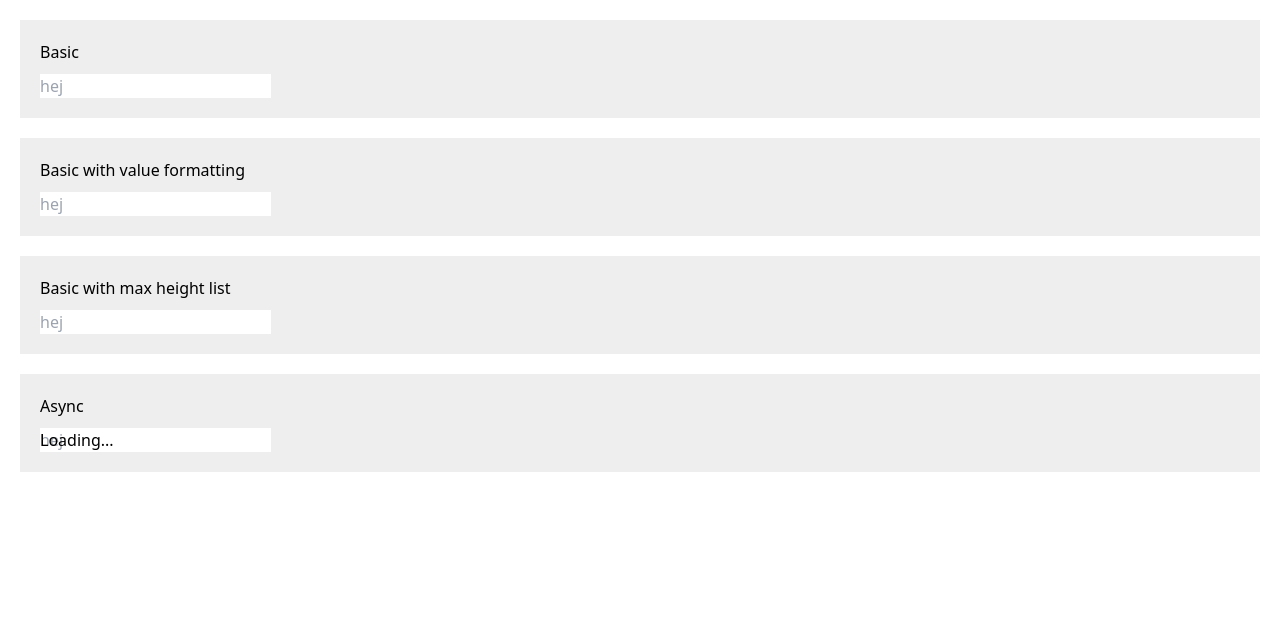
Repository: Frexity/frx-react
Page: / (app in ui/react-select/)
These files come from the project's save history. The page is drawn as it stood at one moment and after the next save; the edit follows.
The browser window is 1280 px wide. The pictures show the whole page.
The page's requests for data from a server got no answer. Some web libraries are served in a nearby version. The project was rebuilt for these pictures with package versions that can differ from the ones it lists, and the page was loaded fresh each time. No one was signed in, and anything a server would have sent is missing. Also part of the build but not shown: ui/react-select/vite.config.ts, ui/react-select/src/dummy-components/ListLoadingIndicator.tsx, ui/react-select/src/CustomSelectComponents/ListLoadingIndicator.tsx.

Above is the page before, as saved 2022-08-21 00:13:58.

### ui/react-select/index.html
<!DOCTYPE html>
<html lang="en">
  <head>
    <meta charset="UTF-8" />
    <link rel="icon" type="image/svg+xml" href="/vite.svg" />
    <meta name="viewport" content="width=device-width, initial-scale=1.0" />
    <title>React Select</title>
    <script src="https://cdn.tailwindcss.com/3.1.8"></script>
  </head>
  <body>
    <div id="root"></div>
    <script type="module" src="/src/main.tsx"></script>
  </body>
</html>

### ui/react-select/src/App.tsx
import './styles.css'

import { ClearIndicator } from './CustomSelectComponents/ClearIndicator'
import { Control } from './CustomSelectComponents/Control'
import { ListLoadingIndicator } from './CustomSelectComponents/ListLoadingIndicator'
import { Option } from './CustomSelectComponents/Option'
import { dummyComponents } from './dummy-components'
import { Select } from './Select'
import { AsyncSelect } from './Select/Async'

const options = [
  { label: 'Option 1', value: '1' },
  { label: 'Option 2', value: '2' },
  { label: 'Option 3', value: '3' },
  { label: 'Option 4', value: '4' },
  { label: 'Option 5', value: '5' },
  { label: 'Option 6', value: '6' },
  { label: 'Option 7', value: '7' },
  { label: 'Option 8', value: '8' },
  { label: 'Option 9', value: '9' },
  { label: 'Option 10', value: '10' },
]

// const customComponents = {
//   Option,
//   Control,
//   ClearIndicator,
//   ListLoadingIndicator,
// }

export default function App() {
  return (
    <div className="App">
      <div className="card">
        <h3>Basic</h3>
        <Select options={options} components={dummyComponents} />
      </div>
      <div className="card">
        <h3>Basic with value formatting</h3>
        <Select
          options={options}
          components={dummyComponents}
          valueFormatter={(value) => {
            return value ? `This is value: ${value}` : null
          }}
        />
      </div>
      <div className="card">
        <h3>Basic with max height list</h3>
        <Select
          options={options}
          components={dummyComponents}
          optionsListProps={{
            maxHeight: 150,
          }}
        />
      </div>
      <div className="card">
        <h3>Async</h3>
        <AsyncSelect
          options={options}
          components={dummyComponents}
          asyncOptions={{
            url: 'https://jsonplaceholder.typicode.com/albums',
            startPage: 0,
            perPage: 4,
            queryAttribute: 'page',
            labelAttribute: 'title',
            valueAttribute: 'id',
            loadOnMount: true,
          }}
        />
      </div>
    </div>
  )
}

### ui/react-select/src/styles.css
.dropdown {
  position: fixed;
  border: 1px solid red;
  display: none;
  z-index: 1;
  background: white;
}

input:focus + .dropdown {
  display: block;
}

.card {
  margin: 20px;
  padding: 20px;
  background-color: #eee;
  overflow: hidden;
  overflow-y: scroll;
}

h3 {
  margin-bottom: 10px;
}

### ui/react-select/src/dummy-components/index.ts
import { Control } from './Control'
import { ClearIndicator } from './ClearIndicator'
import { ControlLoadingIndicator } from './ControlLoadingIndicator'
import { ListLoadingIndicator } from './ListLoadingIndicator'
import { Option } from './Option'

export const dummyComponents = {
  Control,
  ClearIndicator,
  ControlLoadingIndicator,
  ListLoadingIndicator,
  Option,
}

### ui/react-select/src/Select/index.tsx
import { InnerSelect } from './common'
import { SelectProvider } from './Context'
import { OutsideClickHandler } from './OutsideClickHandler'
import { SelectProps } from './types'

export const Select = ({
  valueFormatter,
  options,
  components,
  optionsDropdownProps,
  optionsListProps,
}: Omit<SelectProps, 'asyncOptions'>) => {
  // const [o, setO] = useState(options);

  // Test setting options from outside the context/component
  /*
  useEffect(() => {
    setTimeout(() => {
      setO([{ label: "New", value: "x" }]);
    }, 2000);
  }, []);
  console.log({ o });
  */

  return (
    <SelectProvider value={{ options }}>
      <OutsideClickHandler>
        <InnerSelect
          valueFormatter={valueFormatter}
          components={components}
          optionsDropdownProps={optionsDropdownProps}
          optionsListProps={optionsListProps}
        />
      </OutsideClickHandler>
    </SelectProvider>
  )
}

### ui/react-select/src/Select/Async/index.tsx
import { SelectProps } from '../types'
import { AsyncHandler } from './AsyncHandler'
import { InnerSelect } from '../common'
import { SelectProvider } from '../Context'
import { OutsideClickHandler } from '../OutsideClickHandler'

export const AsyncSelect = ({
  valueFormatter,
  options,
  components,
  optionsDropdownProps,
  optionsListProps,
  asyncOptions,
}: SelectProps) => {
  return (
    <SelectProvider value={{ options }}>
      <OutsideClickHandler>
        <InnerSelect
          valueFormatter={valueFormatter}
          components={components}
          optionsDropdownProps={optionsDropdownProps}
          optionsListProps={optionsListProps}
          asyncOptions={asyncOptions}
          AsyncHandler={AsyncHandler}
        />
      </OutsideClickHandler>
    </SelectProvider>
  )
}

### ui/react-select/src/dummy-components/Control.tsx
import { ControlComponentProps } from '../Select/types'

export const Control = ({ controlStyles, children }: ControlComponentProps) => {
  return <div style={controlStyles}>{children}</div>
}

### ui/react-select/src/dummy-components/ClearIndicator.tsx
import { memo } from 'react'
import { ClearIndicatorComponentProps } from '../Select/types'

export const ClearIndicator = memo(({ clearIndicatorContainerStyles, onClick }: ClearIndicatorComponentProps) => {
  return (
    <div style={clearIndicatorContainerStyles} onClick={onClick}>
      X
    </div>
  )
})

### ui/react-select/src/dummy-components/ControlLoadingIndicator.tsx
import { memo } from 'react'
import { ControlLoadingIndicatorComponentProps } from '../Select/types'

export const ControlLoadingIndicator = memo(({ isVisible }: ControlLoadingIndicatorComponentProps) => {
  return isVisible ? <div style={{ position: 'absolute', bottom: 0, left: 0, zIndex: 2 }}>Loading...</div> : null
})

### ui/react-select/src/dummy-components/Option.tsx
import { memo } from 'react'
import { OptionComponentProps } from '../Select/types'

export const Option = memo(({ isSelected, label, onSelect }: OptionComponentProps) => {
  return (
    <div style={{ fontWeight: isSelected ? 'bold' : 'normal' }} onClick={onSelect}>
      {label}
    </div>
  )
})

### ui/react-select/src/Select/common.tsx
import { useContext } from 'react'
import { SelectProps } from './types'
import { ClearIndicator } from './ClearIndicator'
import { SelectContext } from './Context'
import { Input } from './Input'
import { Options } from './Options'
import { OptionsDropdown } from './OptionsDropdown'
import { OptionsList } from './OptionsList'
import { selectStyles } from './styles'

export const InnerSelect = ({
  valueFormatter,
  components,
  optionsDropdownProps,
  optionsListProps,
  asyncOptions,
  AsyncHandler,
}: Omit<SelectProps, 'options'> & { AsyncHandler?: any }) => {
  const { state } = useContext<any>(SelectContext)

  return (
    <>
      <components.Control controlStyles={selectStyles.control}>
        <Input valueFormatter={valueFormatter} />
        {components.ClearIndicator && <ClearIndicator ClearIndicatorComponent={components.ClearIndicator} />}
        {components.ControlLoadingIndicator && <components.ControlLoadingIndicator isVisible={state.isLoading} />}
      </components.Control>
      <OptionsDropdown optionsDropdownProps={optionsDropdownProps}>
        {components.ListLoadingIndicator && (
          <components.ListLoadingIndicator isVisible={state.isOpen && state.isLoading} />
        )}
        <OptionsList optionsListProps={optionsListProps} isAsync={!!asyncOptions}>
          <Options OptionComponent={components.Option} />
        </OptionsList>
      </OptionsDropdown>
      {AsyncHandler && <AsyncHandler asyncOptions={asyncOptions} />}
    </>
  )
}

### ui/react-select/src/Select/Context.tsx
import React, { useReducer, createContext, useId, useEffect, PropsWithChildren } from 'react'

function reducer(state: any, action: any) {
  return { ...state, ...action }
}

const SelectContext = createContext({}) as any

const SelectProvider = ({ children, value }: PropsWithChildren<{ value: any }>) => {
  const inputElementId = useId()
  const listElementId = useId()
  const dropdownElementId = useId()

  const initialState = {
    isOpen: false,
    hasReachedBottom: false,
    isLoading: false,
    inputElementId,
    dropdownElementId,
    listElementId,
    options: value.options,
    selectedValue: null,
  }
  const [state, dispatch] = useReducer(reducer, initialState)
  const store = React.useMemo(() => ({ state, dispatch }), [state])

  /*
  TODO:
  - Get scroll ref, to scrollToTop when it opens
  */

  // Update options when they come from the outside
  useEffect(() => {
    dispatch({ options: value.options })
  }, [value.options])

  return <SelectContext.Provider value={store}>{children}</SelectContext.Provider>
}

export { SelectContext, SelectProvider }

### ui/react-select/src/Select/OutsideClickHandler.tsx
import { memo, ReactNode, useContext, useEffect, useRef } from 'react'
import { SelectContext } from './Context'

interface OutsideClickHandlerProps {
  children: ReactNode
}

const useOutsideClick = (callback: any) => {
  const ref = useRef<any>()

  useEffect(() => {
    const handleClick = (event: MouseEvent) => {
      if (ref.current && !ref.current.contains(event.target)) {
        callback()
      }
    }

    document.addEventListener('mousedown', handleClick, true)

    return () => {
      document.removeEventListener('mousedown', handleClick, true)
    }
  }, [ref, callback])

  return ref
}

export const OutsideClickHandler = memo(({ children }: OutsideClickHandlerProps) => {
  const { dispatch } = useContext<any>(SelectContext)

  const ref = useOutsideClick(() => {
    dispatch({ isOpen: false })
  })

  return <span ref={ref}>{children}</span>
})

### ui/react-select/src/Select/Async/AsyncHandler.tsx
import { useContext, useEffect } from 'react'
import { SelectContext } from '../Context'
import { SelectProps } from '../types'
import { sleep } from '../utils'

interface AsyncHandlerProps {
  asyncOptions: SelectProps['asyncOptions']
}

export const AsyncHandler = ({ asyncOptions }: AsyncHandlerProps) => {
  const { state, dispatch } = useContext<any>(SelectContext)

  useEffect(() => {
    if (!state.hasReachedBottom) {
      return
    }
    async function fetchData() {
      if (!asyncOptions?.url) {
        return
      }
      dispatch({ isLoading: true })
      const result = await fetch(asyncOptions.url)
      await sleep(2000)
      if (result.ok) {
        const data = await result.json()
        console.log({ data })
        dispatch({ hasReachedBottom: false, isLoading: false })
      }
    }
    if (asyncOptions?.url) {
      fetchData()
    }
  }, [state.hasReachedBottom, asyncOptions?.url, dispatch])

  useEffect(() => {
    async function fetchData() {
      if (!asyncOptions?.url) {
        return
      }
      dispatch({ isLoading: true })
      const result = await fetch(asyncOptions.url)
      await sleep(2000)
      if (result.ok) {
        const data = await result.json()
        const mappedData = data.map((item: Record<string, string>) => {
          return {
            label: item[asyncOptions?.labelAttribute || 'label'],
            value: item[asyncOptions?.valueAttribute || 'value'],
          }
        })
        dispatch({
          options: mappedData,
          hasReachedBottom: false,
          isLoading: false,
        })
      }
    }
    if (asyncOptions?.url && asyncOptions?.loadOnMount) {
      fetchData()
    }
  }, [state.hasReachedBottom, asyncOptions?.url, dispatch])

  return <></>
}

### ui/react-select/src/Select/ClearIndicator.tsx
import { ComponentType, useCallback, useContext } from 'react'
import { SelectContext } from './Context'

import { selectStyles } from './styles'
import { ClearIndicatorComponentProps } from './types'

interface ClearIndicatorProps {
  ClearIndicatorComponent: ComponentType<ClearIndicatorComponentProps>
}

export const ClearIndicator = ({ ClearIndicatorComponent }: ClearIndicatorProps) => {
  const { state, dispatch } = useContext<any>(SelectContext)

  const handleClick = useCallback(() => {
    dispatch({ selectedValue: null })
  }, [dispatch])

  return (
    <span style={{ display: state.selectedValue ? 'initial' : 'none' }}>
      <ClearIndicatorComponent
        onClick={handleClick}
        selectedValue={state.selectedValue}
        clearIndicatorContainerStyles={selectStyles.clearIndicator}
      />
    </span>
  )
}

### ui/react-select/src/Select/Input.tsx
import { useContext, useCallback, memo } from 'react'
import { SelectContext } from './Context'
import { SelectProps } from './types'

interface InnerInputProps {
  valueFormatter: SelectProps['valueFormatter']
  selectedValue: string
  id: string
  onFocus: () => void
}

const InnerInput = memo(({ valueFormatter, selectedValue, id, onFocus }: InnerInputProps) => {
  const formattedValue = valueFormatter ? valueFormatter(selectedValue) : selectedValue

  return (
    <div className="holder">
      <input
        id={id}
        type="text"
        placeholder="hej"
        onFocus={onFocus}
        value={formattedValue || ''}
        onChange={() => {
          return
        }}
      />
    </div>
  )
})

export const Input = memo(({ valueFormatter }: Pick<SelectProps, 'valueFormatter'>) => {
  const { state, dispatch } = useContext<any>(SelectContext)

  const onFocus = useCallback(() => {
    dispatch({ isOpen: true })
  }, [dispatch])

  return (
    <InnerInput
      selectedValue={state.selectedValue}
      id={state.inputElementId}
      onFocus={onFocus}
      valueFormatter={valueFormatter}
    />
  )
})

### ui/react-select/src/Select/Options.tsx
import { ComponentType, memo, useCallback, useContext } from 'react'
import { SelectContext } from './Context'
import { OptionType, SelectComponents } from './types'

interface InnerOptionsProps {
  OptionComponent: any
  onSelect: any
  options: any
  selectedValue: any
}

const InnerOptions = memo(({ selectedValue, options, onSelect, OptionComponent }: InnerOptionsProps) => {
  return (
    <>
      {options.map((option: OptionType) => {
        const isSelected = selectedValue === option.value
        return (
          <OptionComponent
            key={option.value}
            label={option.label}
            value={option.value}
            isSelected={isSelected}
            onSelect={() => {
              onSelect(option.value)
            }}
          />
        )
      })}
    </>
  )
})

interface OptionsProps {
  OptionComponent: ComponentType<SelectComponents['Option']>
}

export const Options = ({ OptionComponent }: OptionsProps) => {
  const { state, dispatch } = useContext<any>(SelectContext)

  const onSelect = useCallback(
    (value: string) => {
      dispatch({ selectedValue: value, isOpen: false })
    },
    [dispatch],
  )

  return (
    <InnerOptions
      options={state.options}
      OptionComponent={OptionComponent}
      selectedValue={state.selectedValue}
      onSelect={onSelect}
    />
  )
}

### ui/react-select/src/Select/OptionsDropdown.tsx
import { SelectContext } from './Context'
import { ReactNode, useContext, useEffect } from 'react'

import { getScrollParent, normalizedHeight, setMenuPosition } from './utils'
import { SelectProps } from './types'

interface OptionsDropdownProps {
  children: ReactNode
  optionsDropdownProps?: SelectProps['optionsDropdownProps']
}

export const OptionsDropdown = ({ children }: OptionsDropdownProps) => {
  const { state } = useContext<any>(SelectContext)

  // TODO: Reposition on window resize
  useEffect(() => {
    // TODO: Get unique ID instead
    const dropdown = document.getElementById(state.dropdownElementId)
    if (!dropdown) {
      return
    }

    const input = document.getElementById(state.inputElementId)
    if (!input) {
      return
    }
    if (!state.isOpen) {
      dropdown.style.display = 'none'
      return
    }

    const parent = getScrollParent(input)

    const style = getComputedStyle(input)

    const borderTopWidth = parseInt(style.borderTopWidth, 10) || 0
    const borderLeftWidth = parseInt(style.borderLeftWidth, 10) || 0
    const borderBottomWidth = parseInt(style.borderBottomWidth, 10) || 0
    const inputHeight = normalizedHeight(input) + borderTopWidth + borderBottomWidth

    setMenuPosition(dropdown, input, inputHeight, borderLeftWidth)

    function scrollEventHandler(this: HTMLElement) {
      if (!dropdown) {
        return
      }
      setMenuPosition(dropdown, this, inputHeight, borderLeftWidth)
    }

    parent.addEventListener('scroll', scrollEventHandler.bind(input))

    dropdown.style.display = 'initial'
  }, [state.isOpen, state.inputElementId, state.dropdownElementId])

  return (
    <div className="dropdown" id={state.dropdownElementId}>
      {children}
    </div>
  )
}

### ui/react-select/src/Select/OptionsList.tsx
import { SelectContext } from './Context'
import { useContext, memo, useCallback, useEffect, PropsWithChildren } from 'react'
import { scrollIsAtBottom } from './utils'
import { SelectProps } from './types'

interface InnerOptionsListProps {
  isAsync: boolean
  optionsListProps: SelectProps['optionsListProps']
  onReachedBottom: (() => void) | undefined
  listElementId: string
}

const InnerOptionsList = memo(
  ({
    children,
    isAsync,
    optionsListProps,
    onReachedBottom,
    listElementId,
  }: PropsWithChildren<InnerOptionsListProps>) => {
    useEffect(() => {
      if (!isAsync) {
        return
      }
      const element = document.getElementById(listElementId)
      if (!element) {
        return
      }

      function checkIfAtBottom() {
        if (element && scrollIsAtBottom(element)) {
          onReachedBottom && onReachedBottom()
        }
      }
      element.addEventListener('scroll', checkIfAtBottom)

      return () => {
        element.removeEventListener('scroll', checkIfAtBottom)
      }
    }, [onReachedBottom, listElementId, isAsync])

    return (
      <div
        id={listElementId}
        style={{
          maxHeight: optionsListProps?.maxHeight || 'unset',
          overflowY: optionsListProps?.maxHeight ? 'scroll' : 'unset',
        }}
      >
        <ul>{children}</ul>
      </div>
    )
  },
)

interface OptionsListProps {
  isAsync: boolean
  optionsListProps: any
}

export const OptionsList = ({ children, optionsListProps, isAsync }: PropsWithChildren<OptionsListProps>) => {
  const { state, dispatch } = useContext<any>(SelectContext)

  const onReachedBottom = useCallback(() => {
    if (state.hasReachedBottom) {
      return
    }
    dispatch({ hasReachedBottom: true })
  }, [dispatch, state.hasReachedBottom])

  return (
    <InnerOptionsList
      isAsync={isAsync}
      optionsListProps={optionsListProps}
      onReachedBottom={isAsync ? onReachedBottom : undefined}
      listElementId={state.listElementId}
    >
      {children}
    </InnerOptionsList>
  )
}

### ui/react-select/src/Select/styles.ts
export const selectStyles = {
  clearIndicator: {
    position: 'absolute',
    top: 0,
    right: 0,
    bottom: 0,
    display: 'flex',
    padding: '0 7px',
    justifyContent: 'center',
    alignItems: 'center',
    cursor: 'pointer',
  },
  control: {
    position: 'relative',
    display: 'inline-block',
  },
}

### ui/react-select/src/Select/utils.ts
export function getScrollParent(element: HTMLElement) {
  let style = window.getComputedStyle(element)
  const excludeStaticParent = style.position === 'absolute'
  const overflowRx = /(auto|scroll)/
  const documentElement = document.documentElement

  if (style.position === 'fixed') {
    return documentElement
  }

  // eslint-disable-next-line @typescript-eslint/ban-ts-comment
  // @ts-ignore
  for (let parent = element; (parent = parent.parentElement); ) {
    style = window.getComputedStyle(parent)
    if (excludeStaticParent && style.position === 'static') {
      continue
    }
    if (overflowRx.test(style.overflow + style.overflowY + style.overflowX)) {
      return parent
    }
  }

  return documentElement
}

export function getScrollTop(el: HTMLElement) {
  if (isDocumentElement(el)) {
    return window.scrollY
  }
  return el.scrollTop
}

export function normalizedHeight(el: HTMLElement) {
  if (isDocumentElement(el)) {
    return window.innerHeight
  }

  return el.clientHeight
}

export function isDocumentElement(el: HTMLElement) {
  return [document.documentElement, document.body, window].indexOf(el) > -1
}

// https://github.com/JedWatson/react-select/blob/b0411ff46bc1ecf45d9bca4fb58fbce1e57f847c/packages/react-select/src/internal/useScrollCapture.js

export function setMenuPosition(dropdown: HTMLElement, element: HTMLElement, inputHeight: number, leftOffset: number) {
  // Done with JS instead of React, otherwise it will lag behind
  const offset = element.getBoundingClientRect()
  const top = offset.top
  const left = offset.left
  dropdown.style.top = `${top + inputHeight}px`
  dropdown.style.left = `${left + leftOffset}px`
}

export function scrollIsAtBottom(node: HTMLElement) {
  return node.scrollTop + node.offsetHeight === node.scrollHeight
}

export function sleep(ms: number) {
  return new Promise((resolve) => setTimeout(resolve, ms))
}

### ui/react-select/src/CustomSelectComponents/ClearIndicator.tsx
import { memo } from 'react'
import { ClearIndicatorComponentProps } from '../Select/types'

export const ClearIndicator = memo(({ clearIndicatorContainerStyles, onClick }: ClearIndicatorComponentProps) => {
  return (
    <div style={clearIndicatorContainerStyles} onClick={onClick}>
      <svg viewBox="0 0 460.775 460.775" style={{ width: 12, height: 12 }}>
        <path
          fill="#000"
          d="M285.08,230.397L456.218,59.27c6.076-6.077,6.076-15.911,0-21.986L423.511,4.565c-2.913-2.911-6.866-4.55-10.992-4.55  c-4.127,0-8.08,1.639-10.993,4.55l-171.138,171.14L59.25,4.565c-2.913-2.911-6.866-4.55-10.993-4.55  c-4.126,0-8.08,1.639-10.992,4.55L4.558,37.284c-6.077,6.075-6.077,15.909,0,21.986l171.138,171.128L4.575,401.505  c-6.074,6.077-6.074,15.911,0,21.986l32.709,32.719c2.911,2.911,6.865,4.55,10.992,4.55c4.127,0,8.08-1.639,10.994-4.55  l171.117-171.12l171.118,171.12c2.913,2.911,6.866,4.55,10.993,4.55c4.128,0,8.081-1.639,10.992-4.55l32.709-32.719  c6.074-6.075,6.074-15.909,0-21.986L285.08,230.397z"
        />
      </svg>
    </div>
  )
})

### ui/react-select/src/CustomSelectComponents/Control.tsx
import { ControlComponentProps } from '../Select/types'

export const Control = ({ controlStyles, children }: ControlComponentProps) => {
  return (
    <div
      style={{
        ...controlStyles,
        borderRadius: 5,
        padding: 3,
        backgroundColor: '#d6d6d6',
      }}
    >
      {children}
    </div>
  )
}

### ui/react-select/src/CustomSelectComponents/Option.tsx
import { memo } from 'react'
import { OptionComponentProps } from '../Select/types'

export const Option = memo(({ isSelected, label, onSelect }: OptionComponentProps) => {


  return (
    <li className="text-gray-900 cursor-pointer py-2 pl-3 pr-9 hover:bg-sky-300" onClick={onSelect}>
      <div className="flex items-center">
        <img
          src="https://images.unsplash.com/photo-1491528323818-fdd1faba62cc?ixlib=rb-1.2.1&ixid=eyJhcHBfaWQiOjEyMDd9&auto=format&fit=facearea&facepad=2&w=256&h=256&q=80"
          alt=""
          className="flex-shrink-0 h-6 w-6 rounded-full"
        />
        <span className={`${isSelected ? 'font-bold text-blue-700' : 'font-normal'} ml-3 block truncate`}>{label}</span>
      </div>
    </li>
  )
})

Loaded but not shown: ui/react-select/src/main.tsx (common file)

After the next save:
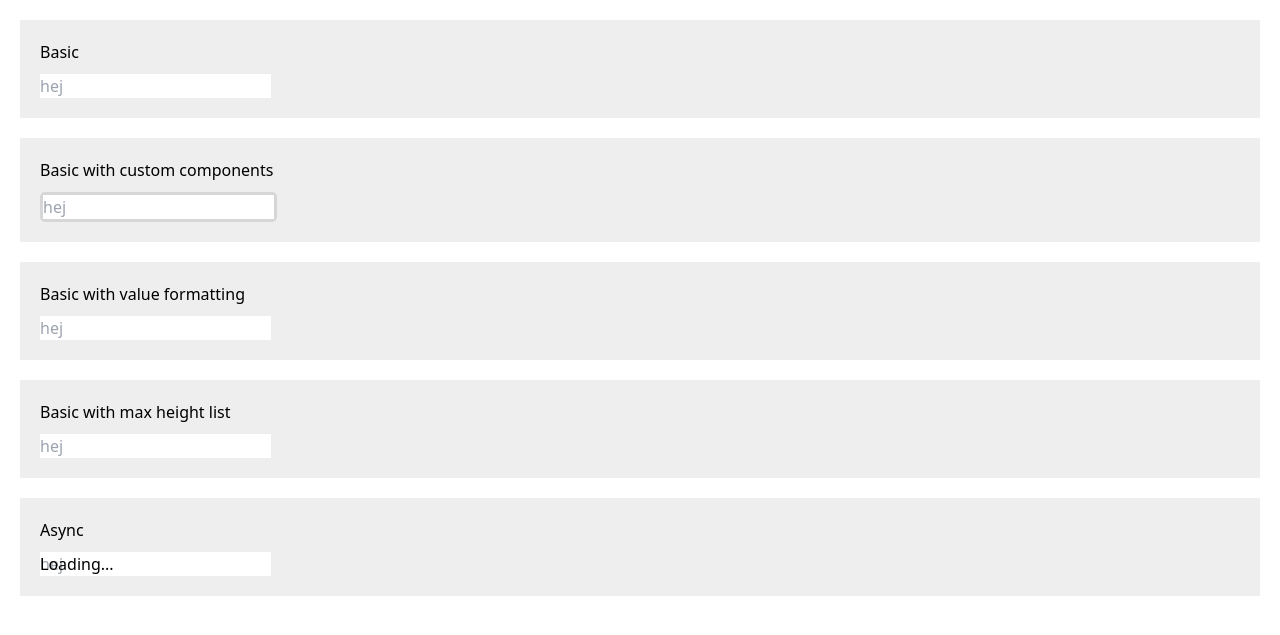
Saved 32 s later.
--- a/ui/react-select/src/App.tsx
+++ b/ui/react-select/src/App.tsx
@@ -21,12 +21,12 @@ const options = [
   { label: 'Option 10', value: '10' },
 ]
 
-// const customComponents = {
-//   Option,
-//   Control,
-//   ClearIndicator,
-//   ListLoadingIndicator,
-// }
+const customComponents = {
+  Option,
+  Control,
+  ClearIndicator,
+  ListLoadingIndicator,
+}
 
 export default function App() {
   return (
@@ -34,6 +34,10 @@ export default function App() {
       <div className="card">
         <h3>Basic</h3>
         <Select options={options} components={dummyComponents} />
+      </div>
+      <div className="card">
+        <h3>Basic with custom components</h3>
+        <Select options={options} components={customComponents} />
       </div>
       <div className="card">
         <h3>Basic with value formatting</h3>
